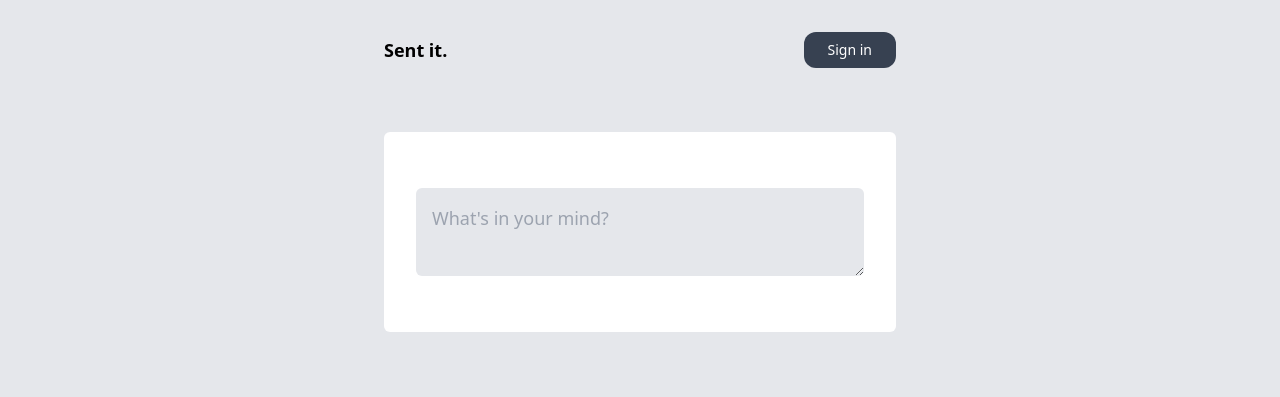
Repository: Saadelfadil/Nextjs_fullstack_app
Page: /
An editor plug-in stored every save of this project. The page is shown before and after the next save, followed by the edit.
The browser window is 1280 px wide. The pictures show the whole page.
The page's requests for data from a server got no answer. The project was rebuilt for these pictures with package versions that can differ from the ones it lists, and the page was loaded fresh each time. The framework's server and built-in components were replaced by stand-ins that run in the browser. No one was signed in, and anything a server would have sent is missing. Also part of the build but not shown: next.config.js, app/auth/Logged.tsx.

Above is the page before, as saved 2023-02-24 18:31:38.

After the next save:
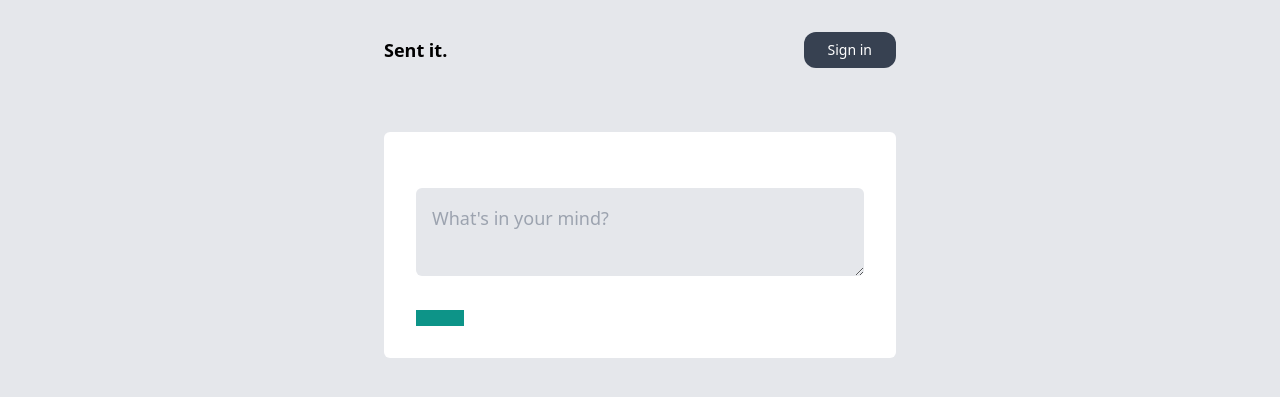
Saved 2 days later.
--- a/app/components/AddPost.tsx
+++ b/app/components/AddPost.tsx
@@ -18,11 +18,11 @@ const AddPost = () => {
             </textarea>
         </div>
 
-        {/* <div>
+        <div>
             <button disabled={isDisabled} className="text-sm bg-teal-600 text-white py-2 px-6 " type="submit">
 
             </button>
-        </div> */}
+        </div>
     </form>
   )
 };
